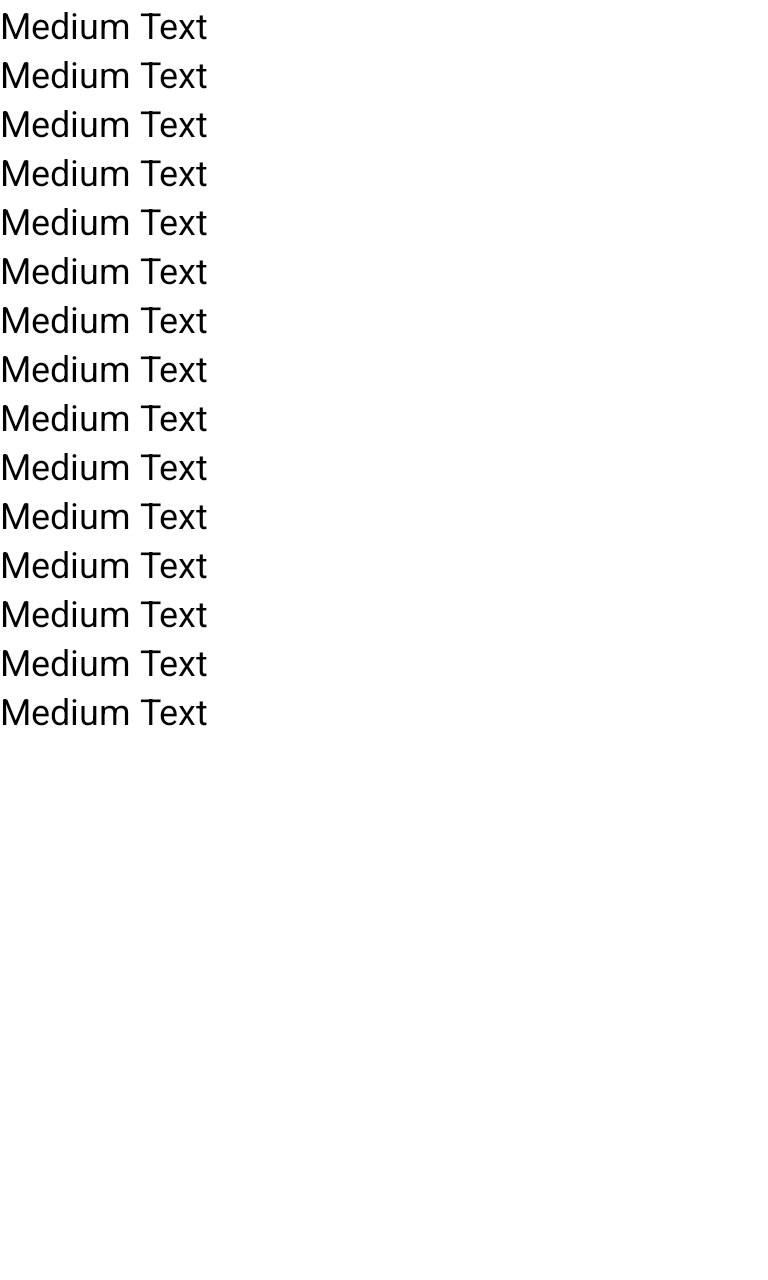
Repository: hieu19926/Non_cable_networking
Layout: SecondGraders/res/layout/mucluc.xml
The author's editor kept a copy of each file at every save. The layout is drawn from the files as they stood at one save, then again after the next save.
It is drawn on a 768 x 1280 px phone screen (xhdpi) without system bars, with theme AppTheme; the app's code is not run.

Above is the layout before, as saved 2014-10-05 09:04:38.

### SecondGraders/res/layout/mucluc.xml
<?xml version="1.0" encoding="utf-8"?>
<GridLayout xmlns:android="http://schemas.android.com/apk/res/android"
    android:id="@+id/GridLayout1"
    android:layout_width="match_parent"
    android:layout_height="fill_parent"
    android:columnCount="2"
    android:orientation="horizontal" >

    <ScrollView
        android:id="@+id/scrollView1"
        android:layout_width="115dp"
        android:layout_gravity="left" >

        <LinearLayout
            android:layout_width="wrap_content"
            android:layout_height="match_parent"
            android:orientation="vertical" >

            <TextView
                android:id="@+id/TextView12"
                android:layout_width="wrap_content"
                android:layout_height="wrap_content"
                android:text="Medium Text"
                android:textAppearance="?android:attr/textAppearanceMedium" />

            <TextView
                android:id="@+id/TextView11"
                android:layout_width="wrap_content"
                android:layout_height="wrap_content"
                android:text="Medium Text"
                android:textAppearance="?android:attr/textAppearanceMedium" />

            <TextView
                android:id="@+id/TextView10"
                android:layout_width="wrap_content"
                android:layout_height="wrap_content"
                android:text="Medium Text"
                android:textAppearance="?android:attr/textAppearanceMedium" />

            <TextView
                android:id="@+id/TextView09"
                android:layout_width="wrap_content"
                android:layout_height="wrap_content"
                android:text="Medium Text"
                android:textAppearance="?android:attr/textAppearanceMedium" />

            <TextView
                android:id="@+id/TextView08"
                android:layout_width="wrap_content"
                android:layout_height="wrap_content"
                android:text="Medium Text"
                android:textAppearance="?android:attr/textAppearanceMedium" />

            <TextView
                android:id="@+id/TextView07"
                android:layout_width="wrap_content"
                android:layout_height="wrap_content"
                android:text="Medium Text"
                android:textAppearance="?android:attr/textAppearanceMedium" />

            <TextView
                android:id="@+id/TextView06"
                android:layout_width="wrap_content"
                android:layout_height="wrap_content"
                android:text="Medium Text"
                android:textAppearance="?android:attr/textAppearanceMedium" />

            <TextView
                android:id="@+id/TextView05"
                android:layout_width="wrap_content"
                android:layout_height="wrap_content"
                android:text="Medium Text"
                android:textAppearance="?android:attr/textAppearanceMedium" />

            <TextView
                android:id="@+id/TextView04"
                android:layout_width="wrap_content"
                android:layout_height="wrap_content"
                android:text="Medium Text"
                android:textAppearance="?android:attr/textAppearanceMedium" />

            <TextView
                android:id="@+id/TextView03"
                android:layout_width="wrap_content"
                android:layout_height="wrap_content"
                android:text="Medium Text"
                android:textAppearance="?android:attr/textAppearanceMedium" />

            <TextView
                android:id="@+id/TextView02"
                android:layout_width="wrap_content"
                android:layout_height="wrap_content"
                android:text="Medium Text"
                android:textAppearance="?android:attr/textAppearanceMedium" />

            <TextView
                android:id="@+id/TextView01"
                android:layout_width="wrap_content"
                android:layout_height="wrap_content"
                android:text="Medium Text"
                android:textAppearance="?android:attr/textAppearanceMedium" />

            <TextView
                android:id="@+id/textView1"
                android:layout_width="wrap_content"
                android:layout_height="wrap_content"
                android:text="Medium Text"
                android:textAppearance="?android:attr/textAppearanceMedium" />

            <TextView
                android:id="@+id/textView2"
                android:layout_width="wrap_content"
                android:layout_height="wrap_content"
                android:text="Medium Text"
                android:textAppearance="?android:attr/textAppearanceMedium" />

            <TextView
                android:id="@+id/textView3"
                android:layout_width="wrap_content"
                android:layout_height="wrap_content"
                android:text="Medium Text"
                android:textAppearance="?android:attr/textAppearanceMedium" />
        </LinearLayout>
    </ScrollView>

    <Space
        android:layout_column="1"
        android:layout_gravity="fill_vertical"
        android:layout_row="2" />

    <ScrollView
        android:id="@+id/scrollView2"
        android:layout_height="1030dp"
        android:layout_column="0"
        android:layout_gravity="right|center_vertical"
        android:layout_row="0" >

        <LinearLayout
            android:layout_width="wrap_content"
            android:layout_height="match_parent"
            android:orientation="vertical"
            >

        </LinearLayout>
    </ScrollView>

</GridLayout>

Loaded but not shown: SecondGraders/res/values/styles.xml (common file); SecondGraders/res/values-v11/styles.xml (common file); SecondGraders/res/values-v14/styles.xml (common file)

After the next save:
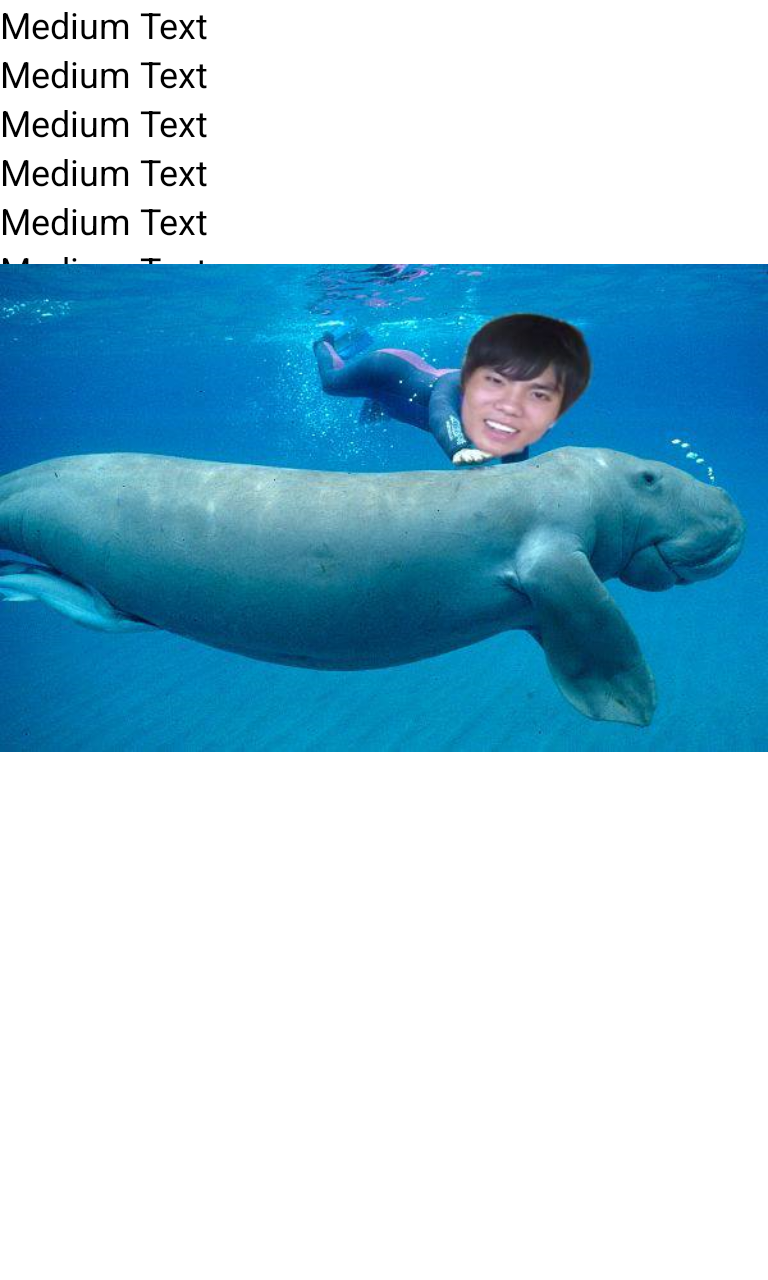
Saved 57 s later.
--- a/SecondGraders/res/layout/mucluc.xml
+++ b/SecondGraders/res/layout/mucluc.xml
@@ -141,6 +141,12 @@
             android:orientation="vertical"
             >
 
+            <ImageView
+                android:id="@+id/imageView1"
+                android:layout_width="fill_parent"
+                android:layout_height="fill_parent"
+                android:src="@drawable/ca_kua" />
+
         </LinearLayout>
     </ScrollView>
 
